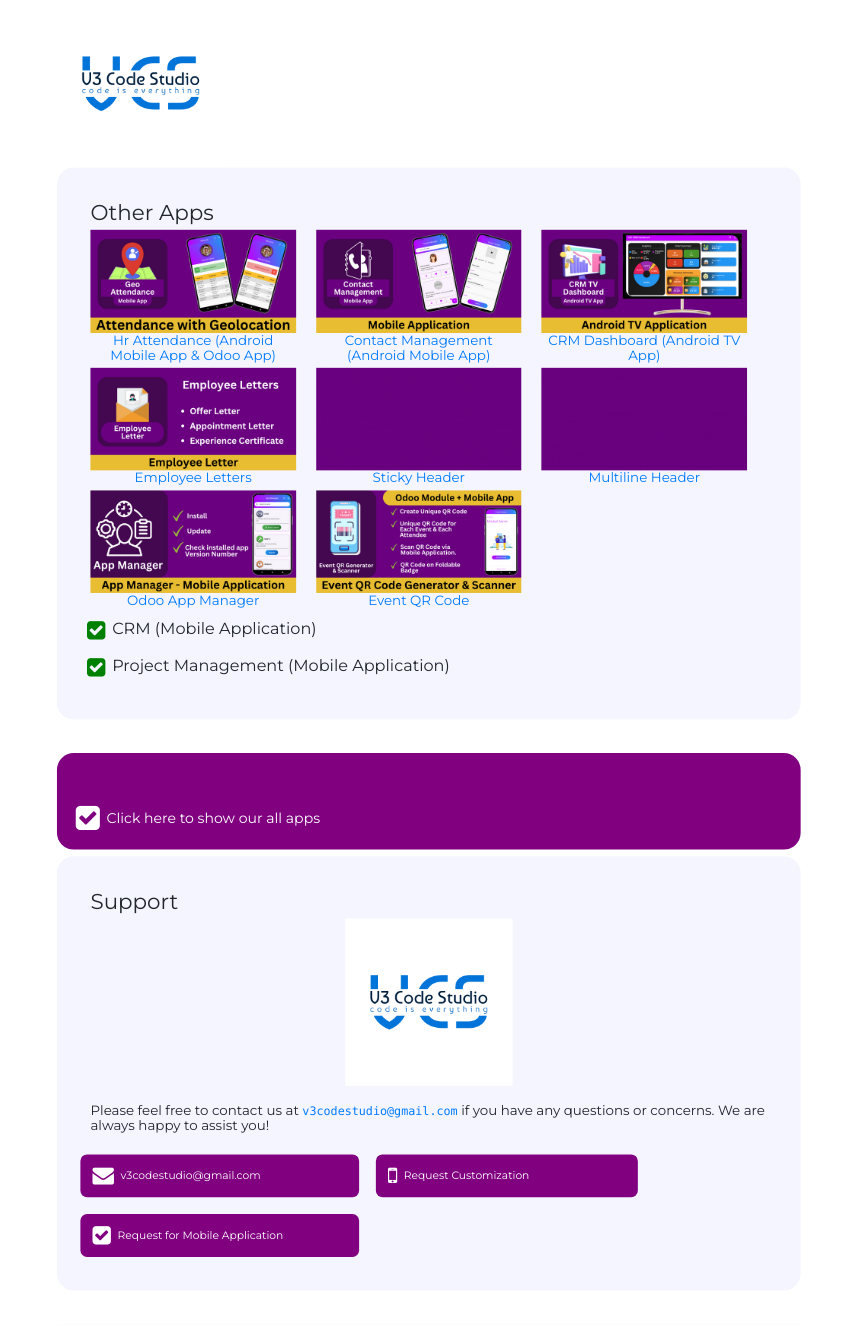
Repository: VivekVithlani/odoo_apps_list
Page: index.html
These files come from the project's save history. The page is drawn as it stood at one moment and after the next save; the edit follows.
The browser window is 1280 px wide. The pictures show the whole page, at 67% of full size.

Above is the page before, as saved 2023-12-14 15:30:38.

After the next save:
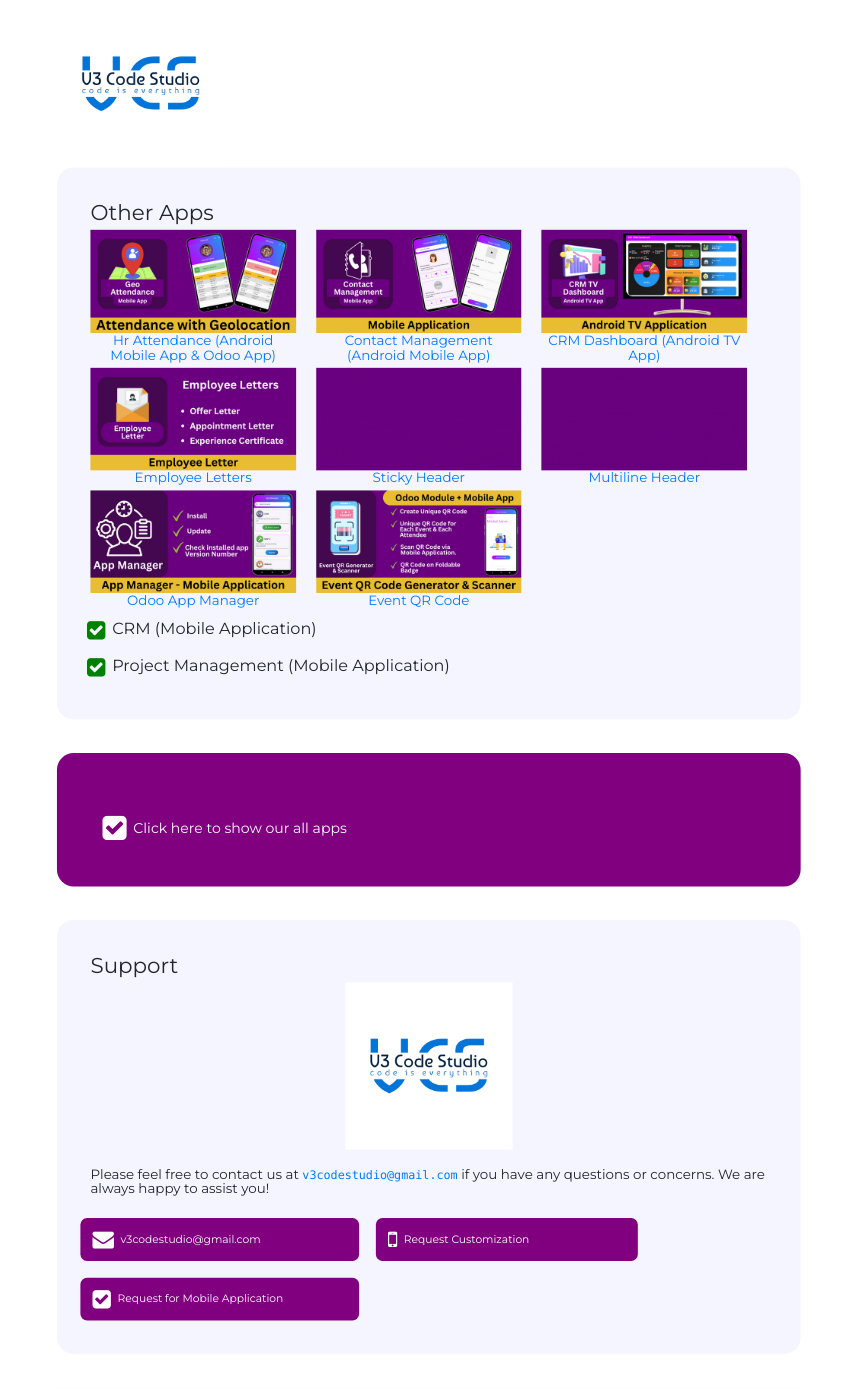
Saved 23 s later.
--- a/index.html
+++ b/index.html
@@ -313,8 +313,8 @@
 
       <div
         style="
-          padding: 10px;
-          margin-bottom: 10px;
+          padding: 50px;
+          margin-bottom: 50px;
           background-color: purple;
           border-radius: 25px;
           color: white;
@@ -327,7 +327,7 @@
             border-radius: 10px;
             background-color: purple;
             color: white;
-            margin-top: 50px;
+            margin-top: 25px;
             font-size: 21px;
           "
           class="d-flex align-items-center px-2 py-3"
